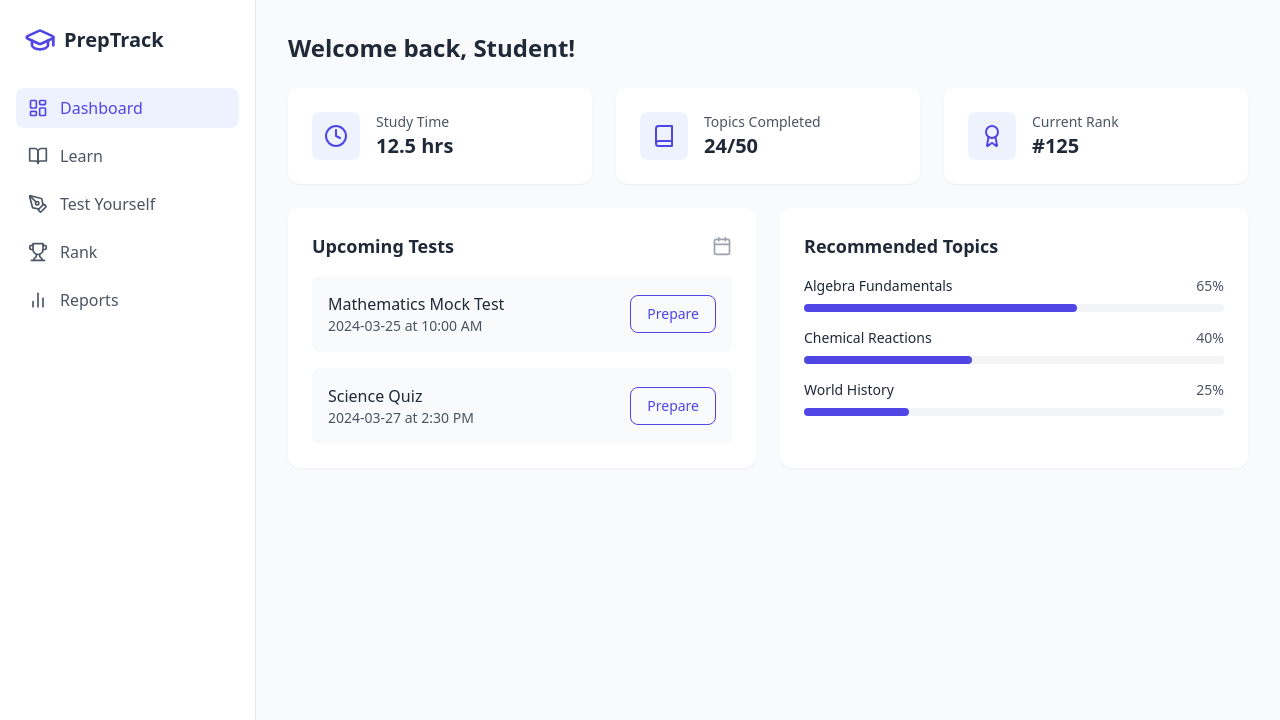
Repository: Krishna3451/preptracker
Page: /dashboard
These files come from the project's save history. The page is drawn as it stood at one moment and after the next save; the edit follows.
The browser window is 1280 px wide. The pictures show the whole page.
The project was rebuilt for these pictures with package versions that can differ from the ones it lists, and the page was loaded fresh each time. Also part of the build but not shown: vite.config.ts, src/pages/Learn.tsx, src/pages/TestYourself.tsx, src/pages/Rank.tsx, src/pages/Reports.tsx, src/pages/Landing.tsx.

Above is the page before, as saved 2025-02-14 11:45:38.

### src/App.tsx
import React from 'react';
import { BrowserRouter as Router, Routes, Route, useLocation } from 'react-router-dom';
import Sidebar from './components/Sidebar';
import Dashboard from './pages/Dashboard';
import Learn from './pages/Learn';
import TestYourself from './pages/TestYourself';
import Rank from './pages/Rank';
import Reports from './pages/Reports';
import Landing from './pages/Landing';

const AppLayout = ({ children }: { children: React.ReactNode }) => {
  const location = useLocation();
  const isLandingPage = location.pathname === '/';

  if (isLandingPage) {
    return children;
  }

  return (
    <div className="flex min-h-screen bg-gray-50">
      <Sidebar />
      <main className="flex-1 p-8">
        {children}
      </main>
    </div>
  );
};

function App() {
  return (
    <Router>
      <AppLayout>
        <Routes>
          <Route path="/" element={<Landing />} />
          <Route path="/dashboard" element={<Dashboard />} />
          <Route path="/learn" element={<Learn />} />
          <Route path="/test" element={<TestYourself />} />
          <Route path="/rank" element={<Rank />} />
          <Route path="/reports" element={<Reports />} />
        </Routes>
      </AppLayout>
    </Router>
  );
}

export default App;

### src/components/Sidebar.tsx
import React from 'react';
import { NavLink } from 'react-router-dom';
import { LayoutDashboard, BookOpen, PenTool, Trophy, BarChart2, GraduationCap } from 'lucide-react';

const Sidebar = () => {
  const navItems = [
    { path: '/dashboard', icon: LayoutDashboard, label: 'Dashboard' },
    { path: '/learn', icon: BookOpen, label: 'Learn' },
    { path: '/test', icon: PenTool, label: 'Test Yourself' },
    { path: '/rank', icon: Trophy, label: 'Rank' },
    { path: '/reports', icon: BarChart2, label: 'Reports' },
  ];

  return (
    <div className="w-64 bg-white border-r border-gray-200 px-4 py-6">
      <div className="flex items-center gap-2 mb-8 px-2">
        <GraduationCap className="w-8 h-8 text-indigo-600" />
        <span className="text-xl font-bold text-gray-800">PrepTrack</span>
      </div>
      <nav className="space-y-2">
        {navItems.map((item) => (
          <NavLink
            key={item.path}
            to={item.path}
            className={({ isActive }) =>
              `flex items-center gap-3 px-3 py-2 rounded-lg transition-colors ${
                isActive
                  ? 'bg-indigo-50 text-indigo-600'
                  : 'text-gray-600 hover:bg-gray-50'
              }`
            }
          >
            <item.icon className="w-5 h-5" />
            <span>{item.label}</span>
          </NavLink>
        ))}
      </nav>
    </div>
  );
};

export default Sidebar;

### src/pages/Dashboard.tsx
import React from 'react';
import { Clock, Book, Award, Calendar } from 'lucide-react';

const Dashboard = () => {
  const stats = [
    { icon: Clock, label: 'Study Time', value: '12.5 hrs' },
    { icon: Book, label: 'Topics Completed', value: '24/50' },
    { icon: Award, label: 'Current Rank', value: '#125' },
  ];

  const upcomingTests = [
    { id: 1, title: 'Mathematics Mock Test', date: '2024-03-25', time: '10:00 AM' },
    { id: 2, title: 'Science Quiz', date: '2024-03-27', time: '2:30 PM' },
  ];

  const recommendedTopics = [
    { id: 1, title: 'Algebra Fundamentals', progress: 65 },
    { id: 2, title: 'Chemical Reactions', progress: 40 },
    { id: 3, title: 'World History', progress: 25 },
  ];

  return (
    <div className="space-y-6">
      <h1 className="text-2xl font-bold text-gray-800">Welcome back, Student!</h1>

      <div className="grid grid-cols-1 md:grid-cols-3 gap-6">
        {stats.map((stat, index) => (
          <div key={index} className="bg-white p-6 rounded-xl shadow-sm">
            <div className="flex items-center gap-4">
              <div className="p-3 bg-indigo-50 rounded-lg">
                <stat.icon className="w-6 h-6 text-indigo-600" />
              </div>
              <div>
                <p className="text-sm text-gray-600">{stat.label}</p>
                <p className="text-xl font-semibold text-gray-800">{stat.value}</p>
              </div>
            </div>
          </div>
        ))}
      </div>

      <div className="grid grid-cols-1 lg:grid-cols-2 gap-6">
        <div className="bg-white p-6 rounded-xl shadow-sm">
          <div className="flex items-center justify-between mb-4">
            <h2 className="text-lg font-semibold text-gray-800">Upcoming Tests</h2>
            <Calendar className="w-5 h-5 text-gray-400" />
          </div>
          <div className="space-y-4">
            {upcomingTests.map((test) => (
              <div key={test.id} className="flex items-center justify-between p-4 bg-gray-50 rounded-lg">
                <div>
                  <h3 className="font-medium text-gray-800">{test.title}</h3>
                  <p className="text-sm text-gray-600">{test.date} at {test.time}</p>
                </div>
                <button className="px-4 py-2 text-sm text-indigo-600 border border-indigo-600 rounded-lg hover:bg-indigo-50">
                  Prepare
                </button>
              </div>
            ))}
          </div>
        </div>

        <div className="bg-white p-6 rounded-xl shadow-sm">
          <h2 className="text-lg font-semibold text-gray-800 mb-4">Recommended Topics</h2>
          <div className="space-y-4">
            {recommendedTopics.map((topic) => (
              <div key={topic.id} className="space-y-2">
                <div className="flex justify-between text-sm">
                  <span className="text-gray-800">{topic.title}</span>
                  <span className="text-gray-600">{topic.progress}%</span>
                </div>
                <div className="h-2 bg-gray-100 rounded-full">
                  <div
                    className="h-full bg-indigo-600 rounded-full"
                    style={{ width: `${topic.progress}%` }}
                  />
                </div>
              </div>
            ))}
          </div>
        </div>
      </div>
    </div>
  );
};

export default Dashboard;

Loaded but not shown: index.html (common file); src/main.tsx (common file); src/index.css (common file); tailwind.config.js (common file)

After the next save:
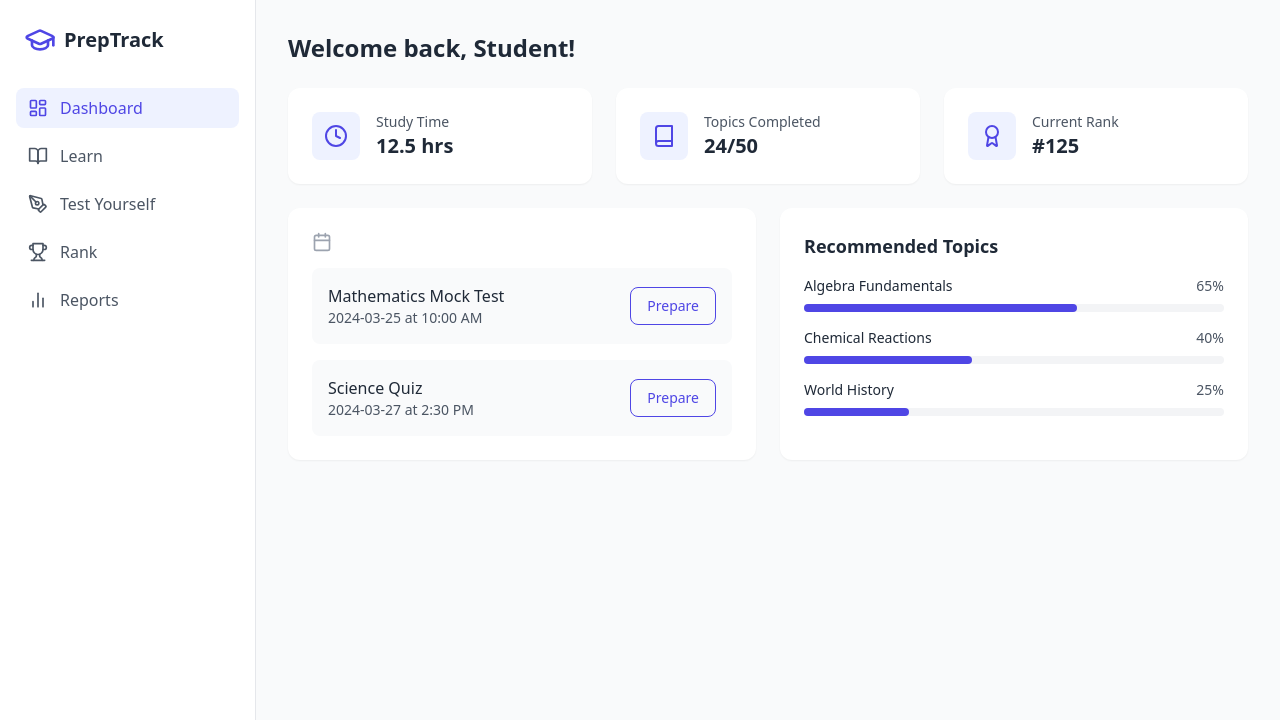
Saved 4 s later.
--- a/src/pages/Dashboard.tsx
+++ b/src/pages/Dashboard.tsx
@@ -42,7 +42,7 @@
       <div className="grid grid-cols-1 lg:grid-cols-2 gap-6">
         <div className="bg-white p-6 rounded-xl shadow-sm">
           <div className="flex items-center justify-between mb-4">
-            <h2 className="text-lg font-semibold text-gray-800">Upcoming Tests</h2>
+            {/* <h2 className="text-lg font-semibold text-gray-800">Upcoming Tests</h2> */}
             <Calendar className="w-5 h-5 text-gray-400" />
           </div>
           <div className="space-y-4">

After the save that followed:
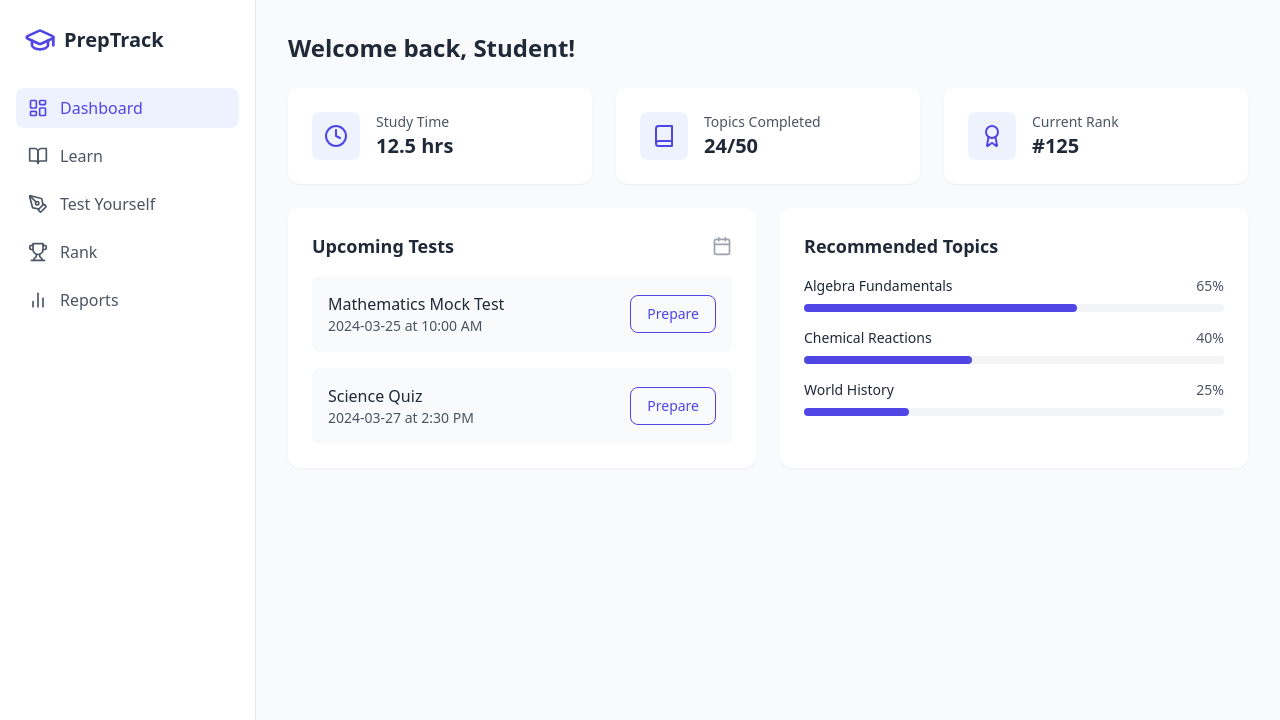
Saved 7 s later.
--- a/src/pages/Dashboard.tsx
+++ b/src/pages/Dashboard.tsx
@@ -42,7 +42,7 @@
       <div className="grid grid-cols-1 lg:grid-cols-2 gap-6">
         <div className="bg-white p-6 rounded-xl shadow-sm">
           <div className="flex items-center justify-between mb-4">
-            {/* <h2 className="text-lg font-semibold text-gray-800">Upcoming Tests</h2> */}
+            <h2 className="text-lg font-semibold text-gray-800">Upcoming Tests</h2>
             <Calendar className="w-5 h-5 text-gray-400" />
           </div>
           <div className="space-y-4">
